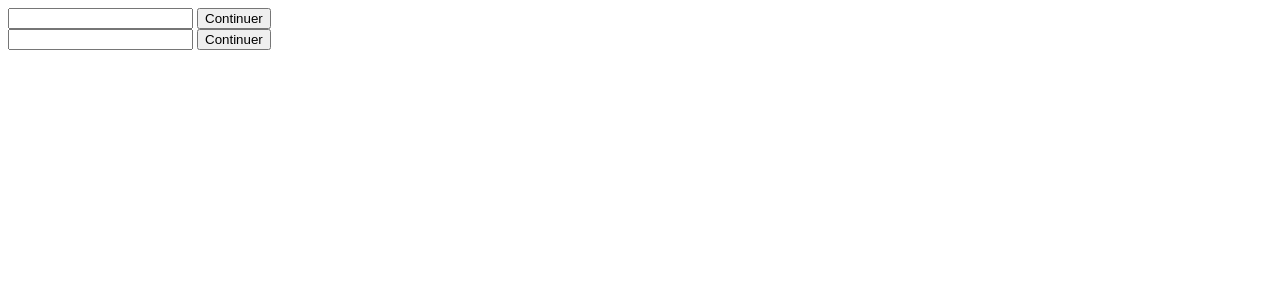
Repository: nadegekarim/Connexionbasejava
Page: DemoSetup/src/main/webapp/demo_parametres.html
The author's editor kept a copy of each file at every save. The page is drawn from the files as they stood at one save, then again after the next save.
The browser window is 1280 px wide. The pictures show the whole page.

Above is the page before, as saved 2025-01-30 11:11:37.

### DemoSetup/src/main/webapp/demo_parametres.html
<!DOCTYPE html>
<html>
<head>
<meta charset="UTF-8">
<title>Insert title here</title>
</head>
<body>
   <form action="ServletParametree" method="get">
      <input type="text" name="nom">
      <input type="submit" value="Continuer">
   </form>

     <form action="ServletParametree" method="post">
      <input type="text" name="nom">
      <input type="submit" value="Continuer">
   </form>

</body>
</html>

After the next save:
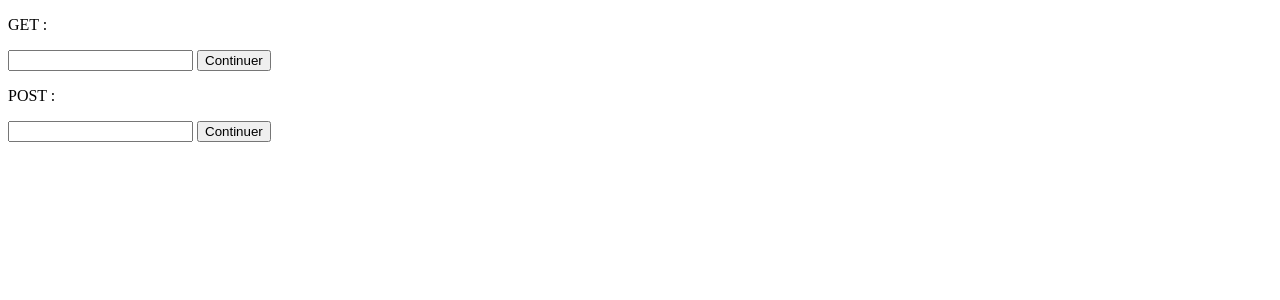
Saved 54 s later.
--- a/DemoSetup/src/main/webapp/demo_parametres.html
+++ b/DemoSetup/src/main/webapp/demo_parametres.html
@@ -5,11 +5,13 @@
 <title>Insert title here</title>
 </head>
 <body>
+ <p>GET : </p>
    <form action="ServletParametree" method="get">
       <input type="text" name="nom">
       <input type="submit" value="Continuer">
    </form>
 
+   <p>POST : </p>
      <form action="ServletParametree" method="post">
       <input type="text" name="nom">
       <input type="submit" value="Continuer">
